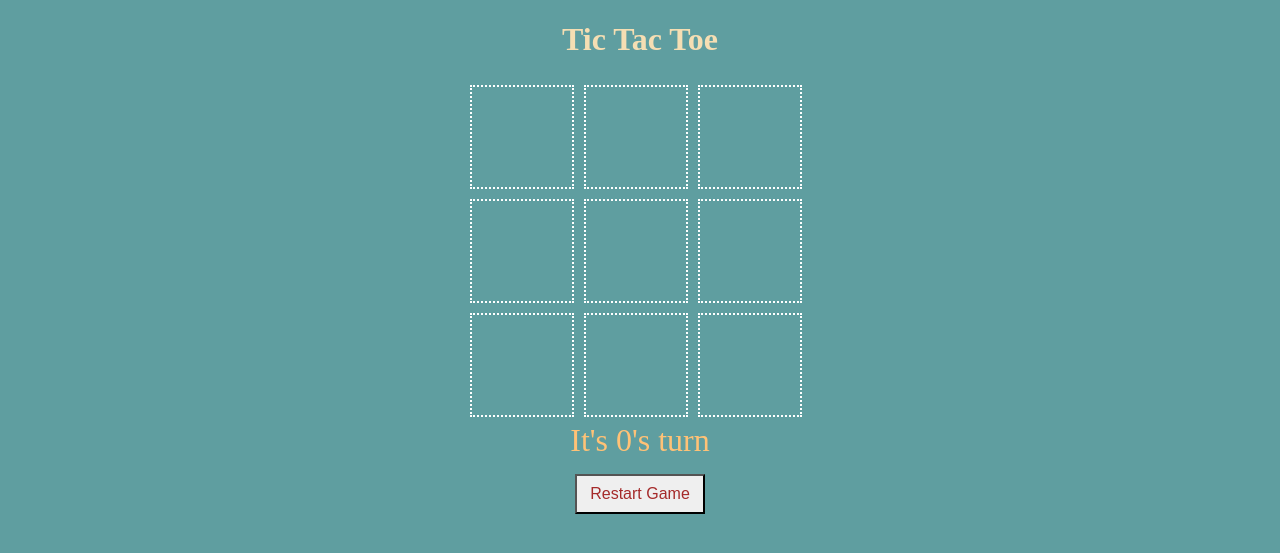
Repository: Hasmik-icml/Tic-Tac-Toe
Page: index.html
An editor plug-in stored every save of this project. The page is shown before and after the next save, followed by the edit.
The browser window is 1280 px wide. The pictures show the whole page.
After loading, the first visible `div.container` was clicked once.

Above is the page before, as saved 2022-02-03 01:06:11.

### index.html
<!DOCTYPE html>
<html lang="en">
<head>
  <meta charset="UTF-8">
  <meta http-equiv="X-UA-Compatible" content="IE=edge">
  <meta name="viewport" content="width=device-width, initial-scale=1.0">
  <link rel="stylesheet" href="/style.css">
  <title>Tic Tac Toe</title>
</head>
<body>
  <h1>Tic Tac Toe</h1>
  <div class="container">
    <div class="box"></div>
    <div class="box"></div>
    <div class="box"></div>
    <div class="box"></div>
    <div class="box"></div>
    <div class="box"></div>
    <div class="box"></div>
    <div class="box"></div>
    <div class="box"></div>
  </div>
  <p class="display-player">It's x's turn</p>
  <button class="restart">Restart Game</button>
  <script src="/index.js"></script>
</body>
</html>

### style.css
body {
  background-color: cadetblue;
  text-align: center;
}

.container {
  display: flex;
  flex-wrap: wrap;
  width: 350px;
  margin: auto;
}

.box {
  border: 2px dotted white;
  margin: 5px;
  width: 100px;
  height: 100px;
  display: flex;
  justify-content: center;
  align-items: center;
  color: #ffc276;
  font-size: xxx-large;
  font-family: cursive;
}

h1 {
  text-align: center;
  color: wheat;
}

.display-player {
  text-align: center;
  color: #ffc276;
  font-size: xx-large;
  margin: 0;
}

.restart {
border-style: outset;
color: brown;
height: 40px;
width: 130px;
font-size: inherit;
margin-top: 15px;
}
.restart:active {
  cursor: pointer;
  border-style: inset;
}

### index.js
let player = "0";
let winer = false;

document.querySelector(".restart").onclick = () => {
  window.location.reload();
}

document.querySelector(".container").onclick = (event) => {
  let move = event.target;
  let itsTurn = document.querySelector(".display-player");

  if (!winer) {
    itsTurn.innerHTML = `It's ${player}'s turn`;

    move.innerHTML = move.innerHTML === "" ? player : move.innerHTML;
    player = (player === "0") ? "x" : "0";
    isWon();
  }
}



function isWon() {
  let result = document.querySelector(".display-player");
  let moves = document.querySelectorAll(".box");
  let box1 = moves[0].innerHTML;
  let box2 = moves[1].innerHTML;
  let box3 = moves[2].innerHTML;
  let box4 = moves[3].innerHTML;
  let box5 = moves[4].innerHTML;
  let box6 = moves[5].innerHTML;
  let box7 = moves[6].innerHTML;
  let box8 = moves[7].innerHTML;
  let box9 = moves[8].innerHTML;

  if (box1 == box2 && box2 == box3 && box3 !== "") {
    result.innerHTML = `Player ${player} is won`;
    console.log("stugum2");
    winer = true;
    return;
  }
  if (box4 == box5 && box5 == box6 && box6 !== "") {
    result.innerHTML = `Player ${player} is won`;
    console.log("stugum2");
    winer = true;
    return;
  }
  if (box7 == box8 && box8 == box9 && box9 !== "") {
    result.innerHTML = `Player ${player} is won`;
    console.log("stugum3");
    winer = true;
    return;
  }
  if (box1 == box4 && box4 == box7 && box7 !== "") {
    result.innerHTML = `Player ${player} is won`;
    console.log("stugum4");
    winer = true;
    return;
  }
  if (box2 == box5 && box5 == box8 && box8 !== "") {
    result.innerHTML = `Player ${player} is won`;
    console.log("stugum5");
    winer = true;
    return;
  }
  if (box3 == box6 && box6 == box9 && box9 !== "") {
    result.innerHTML = `Player ${player} is won`;
    console.log("stugum6");
    winer = true;
    return;
  }
  if (box3 == box5 && box5 == box7 && box7 !== "") {
    result.innerHTML = `Player ${player} is won`;
    console.log("stugum7");
    winer = true;
    return;
  }
  if (box1 == box5 && box5 == box9 && box9 !== "") {
    result.innerHTML = `Player ${player} is won`;
    console.log("stugum8");
    winer = true;
    return;
  }

let statusNoOnes =false;

  for (let i = 0; i < moves.length; i++) {
    if (moves[i].innerHTML === "") {
      statusNoOnes = false;
      break;
    }else{
      statusNoOnes = true;
    }
  }
  if (statusNoOnes) {
    result.innerHTML = `No One's`;
  }


}

After the next save:
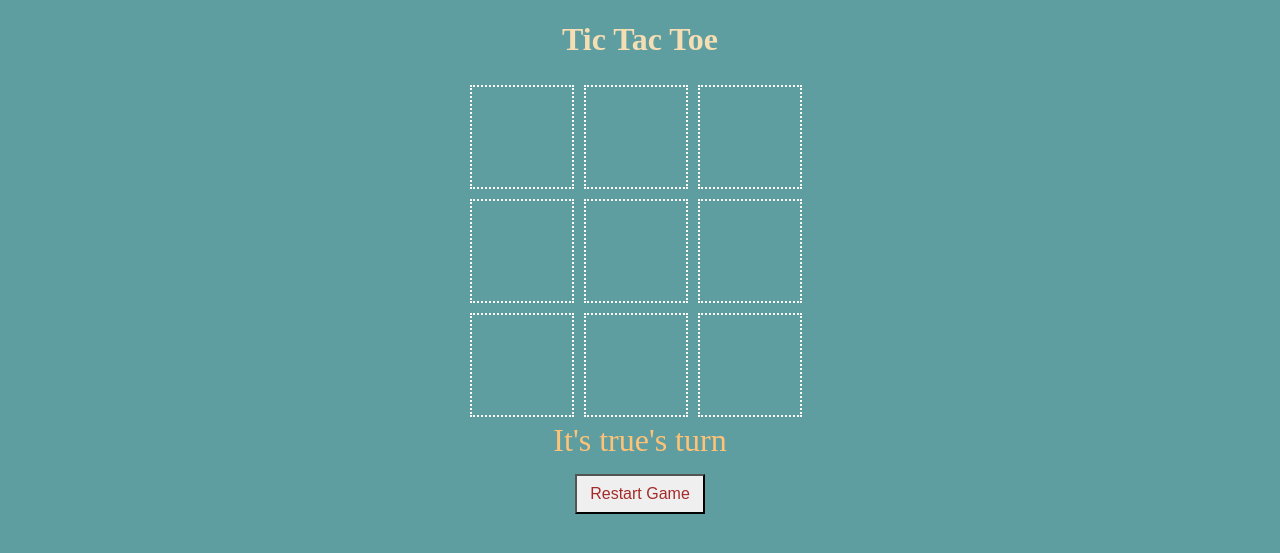
Saved 7 s later.
--- a/index.js
+++ b/index.js
@@ -8,7 +8,7 @@
 document.querySelector(".container").onclick = (event) => {
   let move = event.target;
   let itsTurn = document.querySelector(".display-player");
-
+  player = (player === "0")
   if (!winer) {
     itsTurn.innerHTML = `It's ${player}'s turn`;
 

After the save that followed:
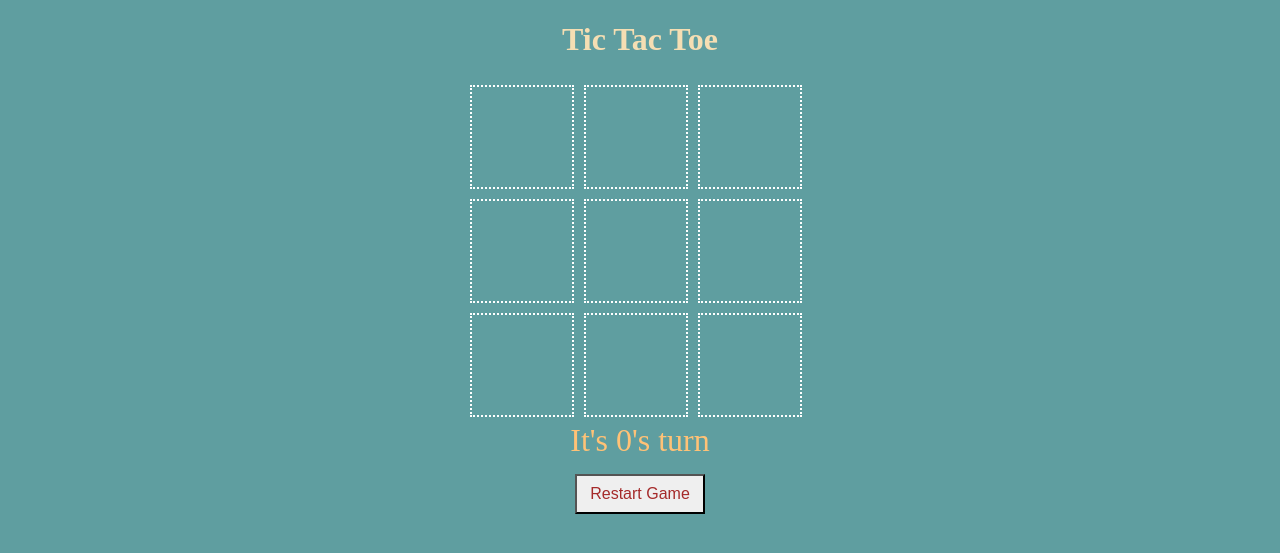
Saved 14 s later.
--- a/index.js
+++ b/index.js
@@ -8,7 +8,7 @@
 document.querySelector(".container").onclick = (event) => {
   let move = event.target;
   let itsTurn = document.querySelector(".display-player");
-  player = (player === "0")
+
   if (!winer) {
     itsTurn.innerHTML = `It's ${player}'s turn`;
 
